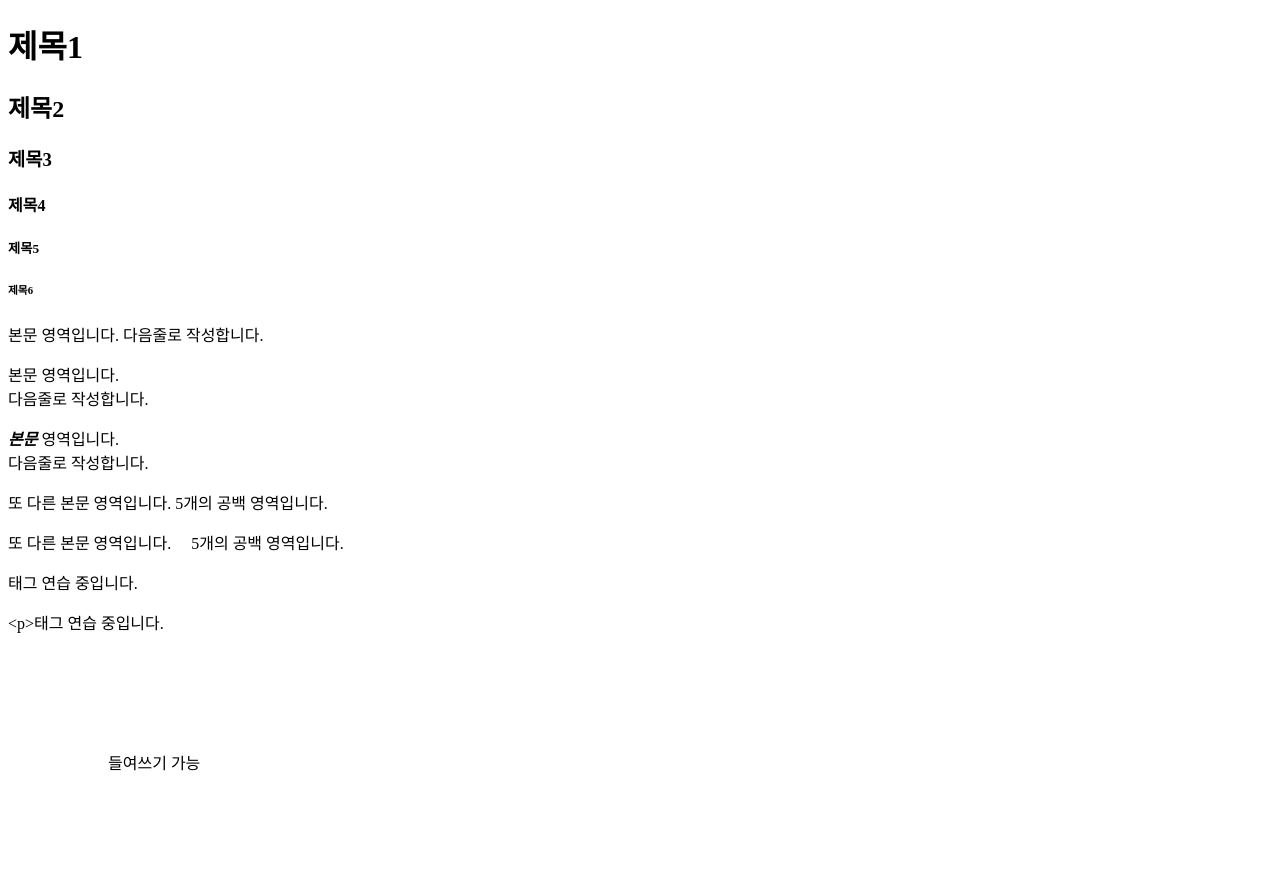
Repository: Kray273/JSLab
Page: html/src/main/webapp/Day96/text.html
The author's editor kept a copy of each file at every save. The page is drawn from the files as they stood at one save, then again after the next save.
The browser window is 1280 px wide. The pictures show the whole page.

Above is the page before, as saved 2022-11-24 00:54:55.

### html/src/main/webapp/Day96/text.html
<!DOCTYPE html>
<html>
<head>
<meta charset="UTF-8">
<title>Text Tag</title>
</head>
<body>

<h1>제목1</h1> <!-- hn은 굵게 나온다.  줄바꿈 표시도! -->
<h2>제목2</h2>
<h3>제목3</h3>
<h4>제목4</h4>
<h5>제목5</h5>
<h6>제목6</h6>
<p>본문 영역입니다.
다음줄로 작성합니다.</p> <!-- 브라우저에서 인식 못함 -->
<p>본문 영역입니다. <br> 다음줄로 작성합니다.</p>
<p> <i><b>본문</b></i> 영역입니다. <br> 다음줄로 작성합니다.</p>

<p>또 다른 본문 영역입니다.     5개의 공백 영역입니다.</p> <!-- 브라우저에서 인식 못함 -->
<p>또 다른 본문 영역입니다.&nbsp;&nbsp;&nbsp;&nbsp;&nbsp;5개의 공백 영역입니다.</p>

<p>  <p>태그 연습 중입니다.</p><!-- <P>는 적용되지 않음. -->
<p>  &lt;p&gt;태그 연습 중입니다.</p>

<!-- 들여쓰기 -->
<p style="padding: 100px;"> 들여쓰기 가능</p>



</body>
</html>

After the next save:
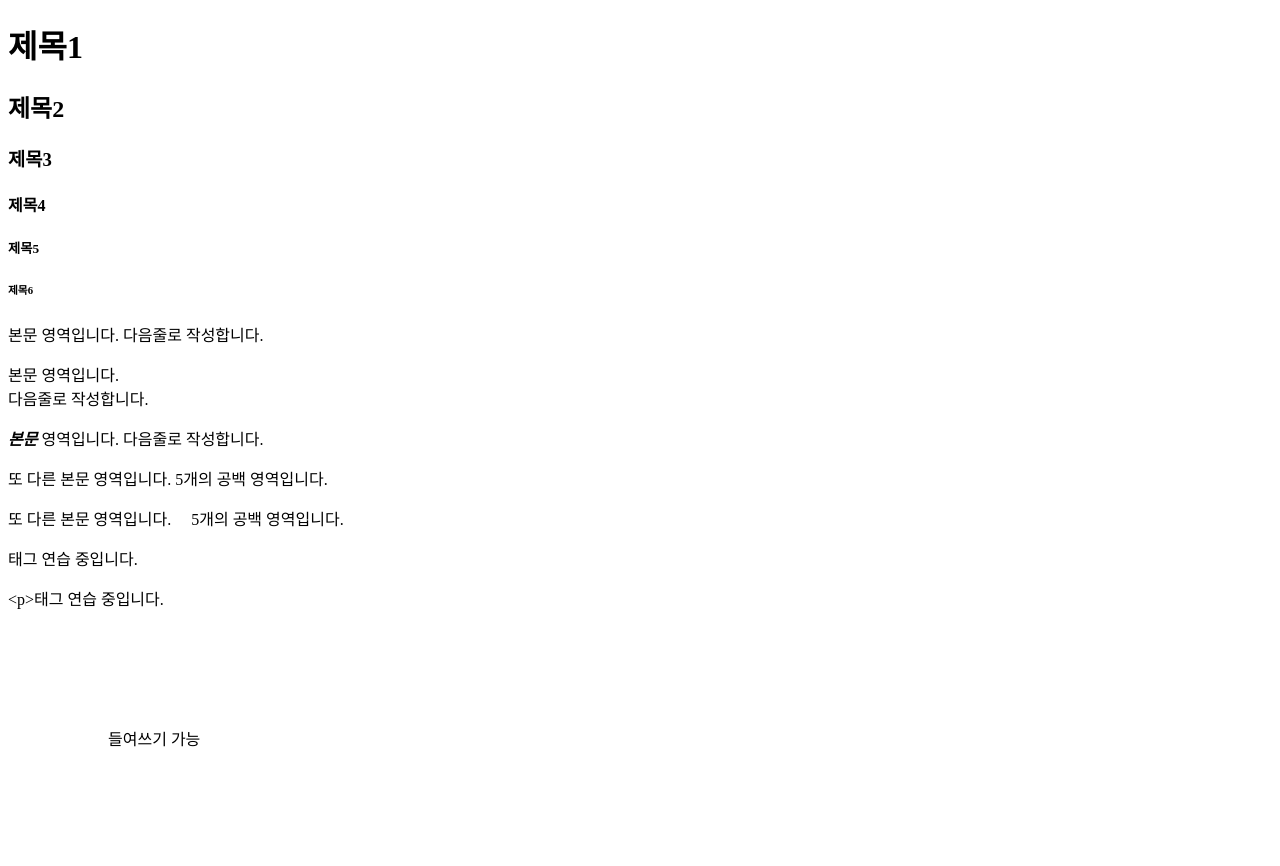
Saved 10 s later.
--- a/html/src/main/webapp/Day96/text.html
+++ b/html/src/main/webapp/Day96/text.html
@@ -15,7 +15,7 @@
 <p>본문 영역입니다.
 다음줄로 작성합니다.</p> <!-- 브라우저에서 인식 못함 -->
 <p>본문 영역입니다. <br> 다음줄로 작성합니다.</p>
-<p> <i><b>본문</b></i> 영역입니다. <br> 다음줄로 작성합니다.</p>
+<p> <i><b>본문</b></i> 영역입니다. 다음줄로 작성합니다.</p>
 
 <p>또 다른 본문 영역입니다.     5개의 공백 영역입니다.</p> <!-- 브라우저에서 인식 못함 -->
 <p>또 다른 본문 영역입니다.&nbsp;&nbsp;&nbsp;&nbsp;&nbsp;5개의 공백 영역입니다.</p>
